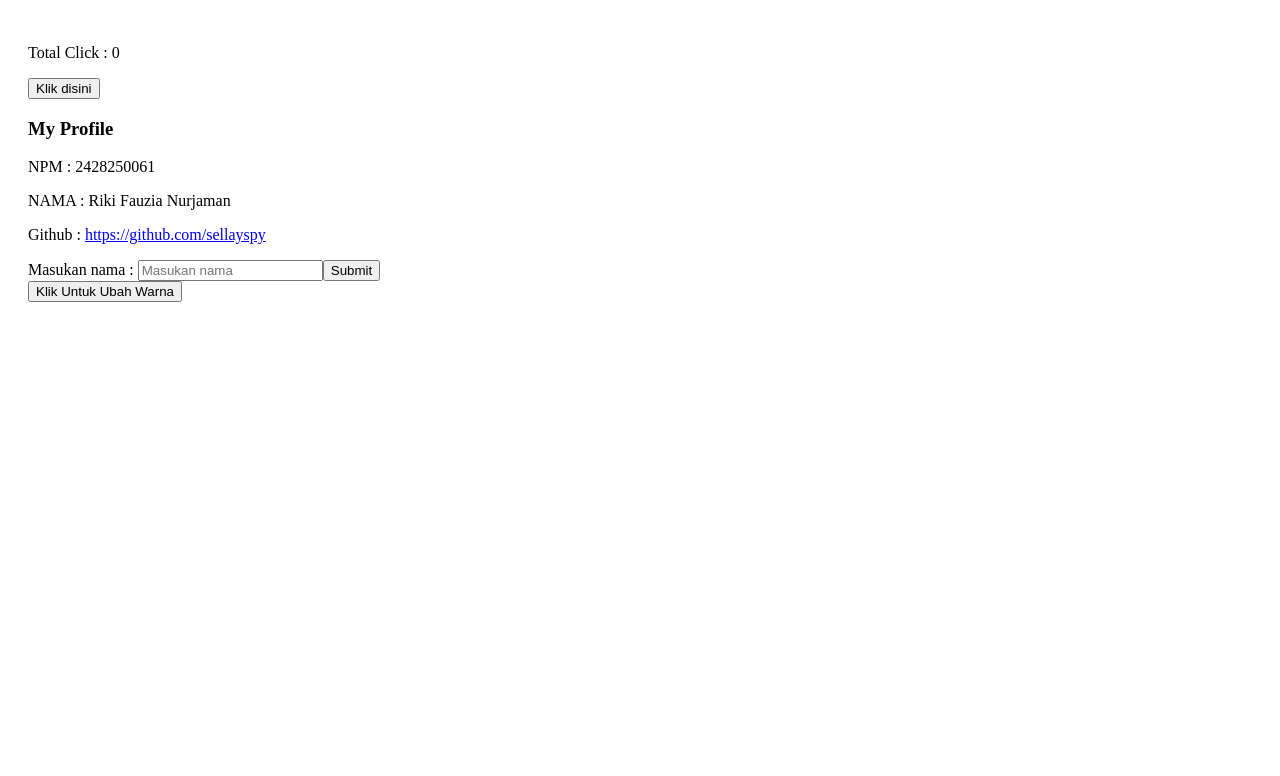
Repository: sellayspy/tugasCoachingProcom
Page: /
An editor plug-in stored every save of this project. The page is shown before and after the next save, followed by the edit.
The browser window is 1280 px wide. The pictures show the whole page.
The project was rebuilt for these pictures with package versions that can differ from the ones it lists, and the page was loaded fresh each time. Also part of the build but not shown: vite.config.js, src/index.css, src/App.css.

Above is the page before, as saved 2024-11-23 15:50:08.

### src/App.jsx
import { useState } from "react";
import "./App.css";
import Counter from "./components/Counter";
import Header from "./components/Header";
import MyProfile from "./components/MyProfile";
import Form from "./components/Form";

function App() {
  const [color, setColor] = useState("#ffffff");
  const randomBackground = () => {
    const randomColor = `#${Math.floor(Math.random() * 16777215).toString(16)}`;
    setColor(randomColor);
  };
  return (
    <>
      <div
        style={{
          backgroundColor: color,
          minHeight: "100vh",
          padding: "20px",
        }}
      >
        <Counter />
        <Header title="My Profile" />
        <MyProfile
          npm="2428250061"
          nama="Riki Fauzia Nurjaman"
          github="https://github.com/sellayspy"
        />
        <Form />

        <button onClick={randomBackground}>Klik Untuk Ubah Warna</button>
      </div>
    </>
  );
}

export default App;

### src/components/Counter.jsx
import { useEffect, useState } from "react";

const Counter = () => {
  const [count, setCount] = useState(0);

  useEffect(() => {
    document.title = `Total Click (${count})`;
  }, [count]);

  const acrementCount = () => {
    setCount(count + 1);
  };
  return (
    <div>
      <p>Total Click : {count}</p>
      <button onClick={acrementCount}>Klik disini</button>
    </div>
  );
};

export default Counter;

### src/components/Header.jsx
const Header = ({ title }) => {
  return (
    <div>
      <h3>{title}</h3>
    </div>
  );
};

export default Header;

### src/components/MyProfile.jsx
const MyProfile = ({ npm, nama, github }) => {
  return (
    <div>
      <p>NPM : {npm}</p>
      <p>NAMA : {nama}</p>
      <p>
        Github : <a href={github}>{github}</a>
      </p>
    </div>
  );
};

export default MyProfile;

### src/components/Form.jsx
import { useState } from "react";

const Form = () => {
  const [name, setName] = useState("");

  const handleChangeName = (e) => {
    setName(e.target.value);
  };

  const handleSubmit = () => {
    alert(`Nama anda adalah ${name}`);
  };
  return (
    <div>
      <label>Masukan nama : </label>
      <input
        type="text"
        value={name}
        onChange={handleChangeName}
        placeholder="Masukan nama"
      />
      <button>Submit</button>
    </div>
  );
};

export default Form;

Loaded but not shown: index.html (common file); src/main.jsx (common file)

After the next save:
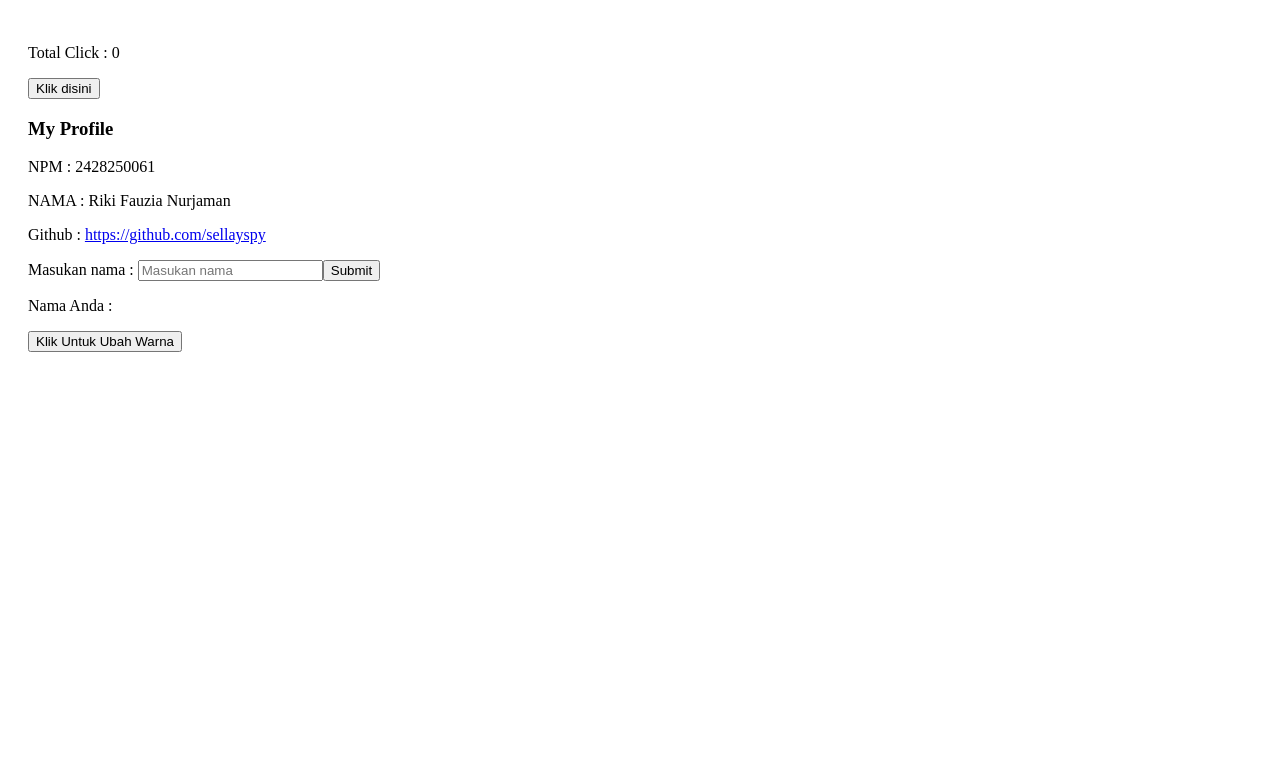
Saved 26 s later.
--- a/src/components/Form.jsx
+++ b/src/components/Form.jsx
@@ -19,7 +19,8 @@ const Form = () => {
         onChange={handleChangeName}
         placeholder="Masukan nama"
       />
-      <button>Submit</button>
+      <button onClick={handleSubmit}>Submit</button>
+      <p>Nama Anda : {name}</p>
     </div>
   );
 };
